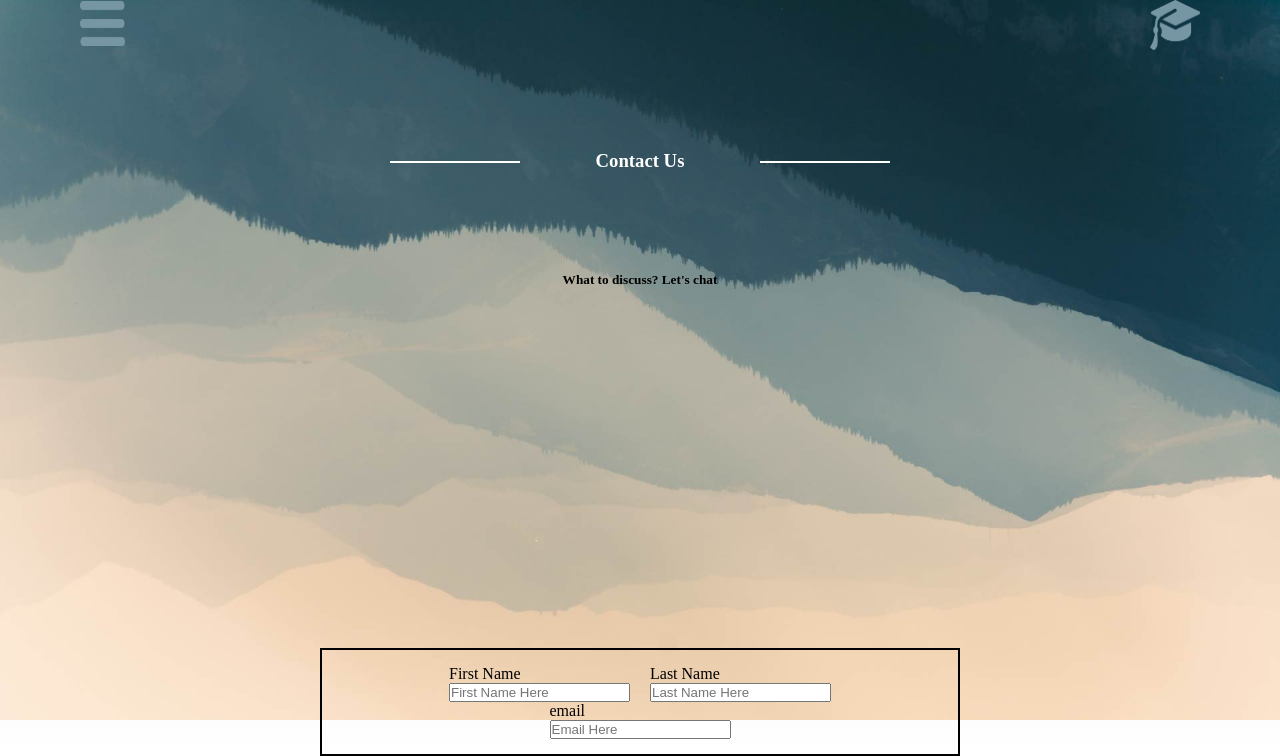
Repository: anoncoderin/assignment01-withCarousel-Madhu
Page: /contact
The author's editor kept a copy of each file at every save. The page is drawn from the files as they stood at one save, then again after a run of saves.
The browser window is 1280 px wide. The pictures show the whole page.
The project was rebuilt for these pictures with package versions that can differ from the ones it lists, and the page was loaded fresh each time. The framework's server and built-in components were replaced by stand-ins that run in the browser. Also part of the build but not shown: next.config.js.

Above is the page before, as saved 2023-02-03 21:53:56.

### pages/contact.js

import Link from 'next/link'
import { useState } from 'react'
import { useRouter } from 'next/router'
import styles from '@/styles/contact.module.css'
import Image from 'next/image'
import Nav from '../components/nav'



export default function Contact() {
    const router = useRouter();
    const [formData, setFormData] = useState({
        firstName: '',
        lastName: '',
        email: ''
    })

    const LoginIn = () => {
        console.log(formData.firstName)
        console.log(formData)

        if (formData.firstName !== null) {
            router.push({
                pathname: './about',
                query: {
                    username: formData.firstName
                }
            })
        }
    }


    return (
        <>

            <div className={styles.backimage}>
                <Image src='/images/backgroundMountainUpsideDown.jpg' fill='true' />
            </div>
            <Nav></Nav>

            <h3 className={styles.hrline}>Contact Us</h3>
            <div className={styles.middletext}>
            <h5>What to discuss? Let's chat</h5>
            </div>

            <div className={styles.contactinfo}>
                <div className={styles.contactinfoname}>
                    <div className={styles.contactinfofirst}>

                        <label>First Name</label>
                        <input
                            placeholder="First Name Here"
                            type="text"
                            id="first"
                            pattern="[A-Z]{1}[a-z{2,10}"
                            title="The first letter should be capital"
                            onChange={(x => setFormData({ ...formData, firstName: x.target.value }))}>

                        </input>
                    </div>
                    <div className={styles.contactinfolast}>
                        <label>Last Name</label>
                        <input
                            placeholder="Last Name Here"
                            type="text"
                            id="first"
                            name="first"
                            pattern="[A-Z]{1}{2,10}"
                            minLength="5"
                            maxLength="10"
                            onChange={(x => setFormData({ ...formData, lastName: x.target.value }))}>

                        </input>
                    </div>
                </div>
                <div className={styles.contactemail}>
                    <label>email</label>
                    <input className={styles.emailinput}

                        placeholder="Email Here"
                        type="text"
                        id="first"
                        name="first"
                        pattern="[A-Z]{1}{2,10}"
                        minLength="5"
                        maxLength="10"
                        onChange={(x => setFormData({ ...formData, lastName: x.target.value }))}>


                    </input>
                </div>
            </div>

        </>
    )
}

### styles/globals.css
:root {
  --max-width: 1100px;
  --border-radius: 12px;
  --font-mono: ui-monospace, Menlo, Monaco, 'Cascadia Mono', 'Segoe UI Mono',
    'Roboto Mono', 'Oxygen Mono', 'Ubuntu Monospace', 'Source Code Pro',
    'Fira Mono', 'Droid Sans Mono', 'Courier New', monospace;

  --foreground-rgb: 0, 0, 0;
  --background-start-rgb: 214, 219, 220;
  --background-end-rgb: 255, 255, 255;

  --primary-glow: conic-gradient(
    from 180deg at 50% 50%,
    #16abff33 0deg,
    #0885ff33 55deg,
    #54d6ff33 120deg,
    #0071ff33 160deg,
    transparent 360deg
  );
  --secondary-glow: radial-gradient(
    rgba(255, 255, 255, 1),
    rgba(255, 255, 255, 0)
  );

  --tile-start-rgb: 239, 245, 249;
  --tile-end-rgb: 228, 232, 233;
  --tile-border: conic-gradient(
    #00000080,
    #00000040,
    #00000030,
    #00000020,
    #00000010,
    #00000010,
    #00000080
  );

  --callout-rgb: 238, 240, 241;
  --callout-border-rgb: 172, 175, 176;
  --card-rgb: 180, 185, 188;
  --card-border-rgb: 131, 134, 135;
}

@media (prefers-color-scheme: dark) {
  :root {
    --foreground-rgb: 255, 255, 255;
    --background-start-rgb: 0, 0, 0;
    --background-end-rgb: 0, 0, 0;

    --primary-glow: radial-gradient(rgba(1, 65, 255, 0.4), rgba(1, 65, 255, 0));
    --secondary-glow: linear-gradient(
      to bottom right,
      rgba(1, 65, 255, 0),
      rgba(1, 65, 255, 0),
      rgba(1, 65, 255, 0.3)
    );

    --tile-start-rgb: 2, 13, 46;
    --tile-end-rgb: 2, 5, 19;
    --tile-border: conic-gradient(
      #ffffff80,
      #ffffff40,
      #ffffff30,
      #ffffff20,
      #ffffff10,
      #ffffff10,
      #ffffff80
    );

    --callout-rgb: 20, 20, 20;
    --callout-border-rgb: 108, 108, 108;
    --card-rgb: 100, 100, 100;
    --card-border-rgb: 200, 200, 200;
  }
}

* {
  box-sizing: border-box;
  padding: 0;
  margin: 0;
}

html,
body {
  max-width: 100vw;
  overflow-x: hidden;
}

body {
  color: rgb(var(--foreground-rgb));
  background: linear-gradient(
      to bottom,
      transparent,
      rgb(var(--background-end-rgb))
    )
    rgb(var(--background-start-rgb));
}

a {
  color: inherit;
  text-decoration: none;
}






@media (prefers-color-scheme: dark) {
  html {
    color-scheme: dark;
  }
}

### styles/contact.module.css

.backimage{
    z-index: -1;
          position:fixed;
          width: 100vw;
          height: 100vh;
  }

  .nav{
    display: flex;
    flex-direction: row;
    justify-content: space-between;
    padding-left: 5rem;
    padding-right: 5rem;
  }

  .contactinfo{
    display: flex;
    flex-direction: column;
    align-items: center;
    margin-inline: auto;
    margin-top: 50vh;
    border: 2px solid black;
    margin-left: 25vw;
    margin-right: 25vw;
    padding: 15px;

  }
  .contactinfoname{
    display: flex;
    flex-direction: row;
    gap: 20px;

  }
  .contactinfofirst{
    display: flex;
    flex-direction: column;
  }
  .contactinfolast{
    display: flex;
    flex-direction: column;
  }
  .contactemail{
    display: flex;
    flex-direction: column;

  }
  .emailinput{
    width: 100%;
    }
  .hrline{
    position: relative;
    max-width: 500px;
    margin: 100px auto;
    text-align: center;
    color: white;
  }

.hrline:before, .hrline:after{
  content:" ";
  height: 2px;
  width: 130px;
  background: white;
  display: block;
  position: absolute;
  top: 50%;
}
.hrline:before{
  left: 0;
}
.hrline:after{
   right: 0;
}

.middletext{
  display: flex;
  flex-direction: column;
  align-items: center;

  gap: 10px;
}

### components/nav/index.js
import styles from '@/styles/nav.module.css'
import Image from 'next/image'

export default function Nav(
    {
      menuIcon='/images/icons/icons/menu-icon.png',
      menuIconHeight=45,
      menuIconWidth=45,
      favIcon='/images/favicon/favicon.png',
      favIconHeight=50,
      favIconWidth=50

    }
)
{
    return (
        <div className={styles.nav}>
        <button className={styles.menubar}><Image src={menuIcon} height={menuIconHeight} width={menuIconWidth}></Image></button>
        <Image src={favIcon} height={favIconHeight} width={favIconWidth}></Image>
      </div>
    )
}

### styles/nav.module.css
.nav{
    display: flex;
    flex-direction: row;
    justify-content: space-between;
    padding-left: 5rem;
    padding-right: 5rem;
  }

  .menubar{
    background-color: transparent;
    border:none;
  }

Loaded but not shown: pages/_app.js (common file); pages/_document.js (common file)

After the next 5 saves:
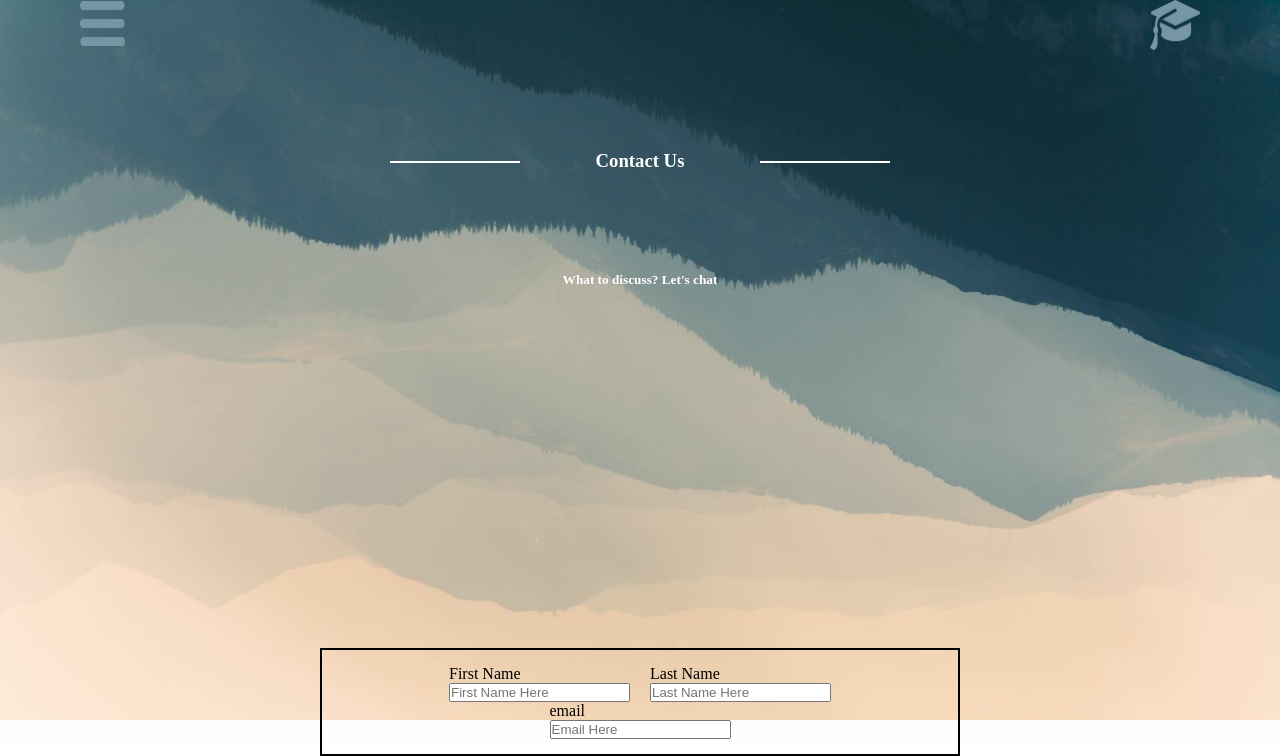
The 5 saves are shown as one change because they came seconds apart.
The last was saved 2 min 32 s later.
--- a/styles/contact.module.css
+++ b/styles/contact.module.css
@@ -76,6 +76,5 @@
   display: flex;
   flex-direction: column;
   align-items: center;
-
-  gap: 10px;
+  color: white;
 }
